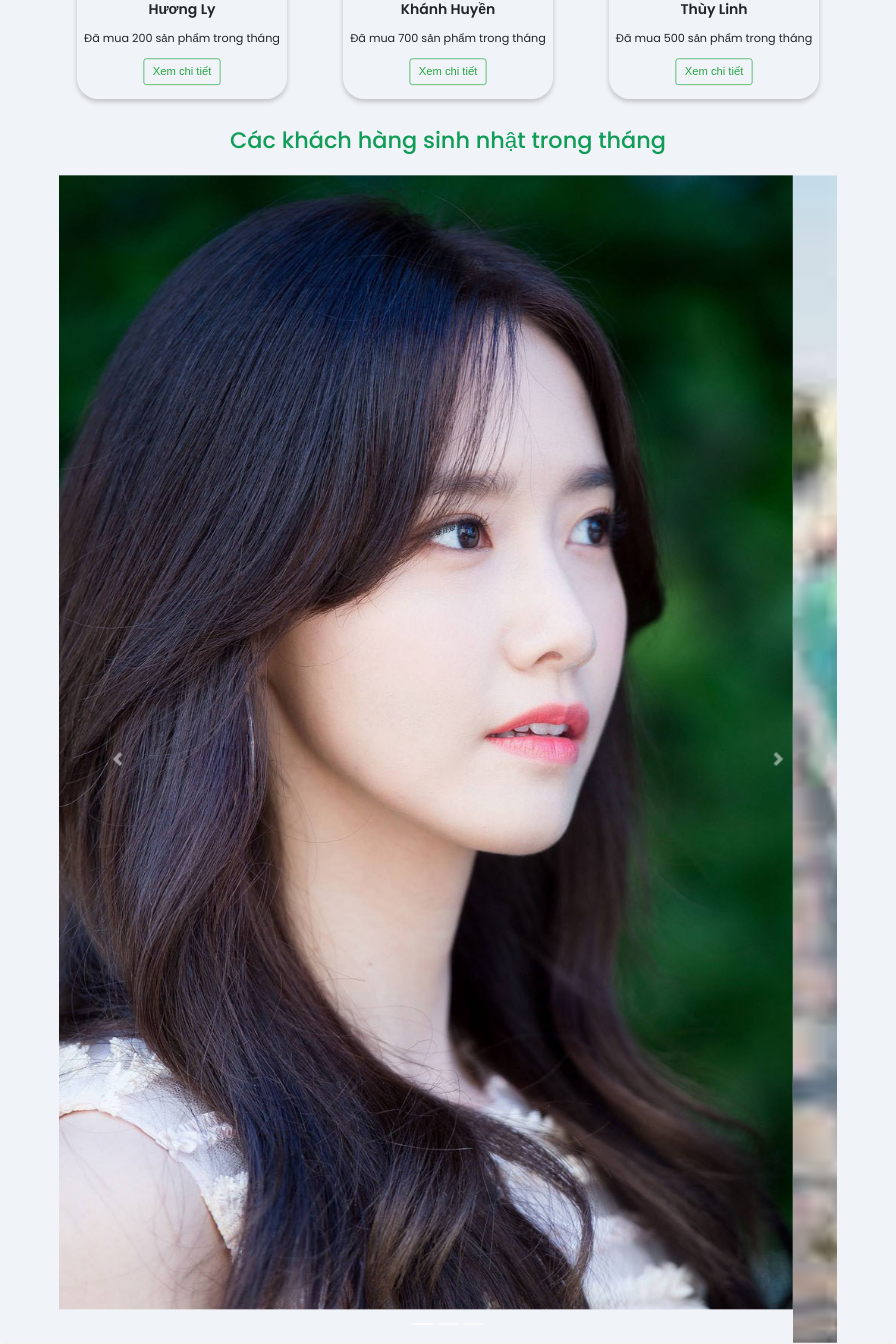
Repository: huutien1904/bt2-ltw
Page: index.html
These files come from the project's save history. The page is drawn as it stood at one moment and after the next save; the edit follows.
The browser window is 1280 px wide. The pictures show the part of the page from y = 1449 to 3369 px (the page is 3391 px tall before and 1963 px after), at 70% of full size.

Above is the page before, as saved 2021-11-04 10:53:10.

After the next save:
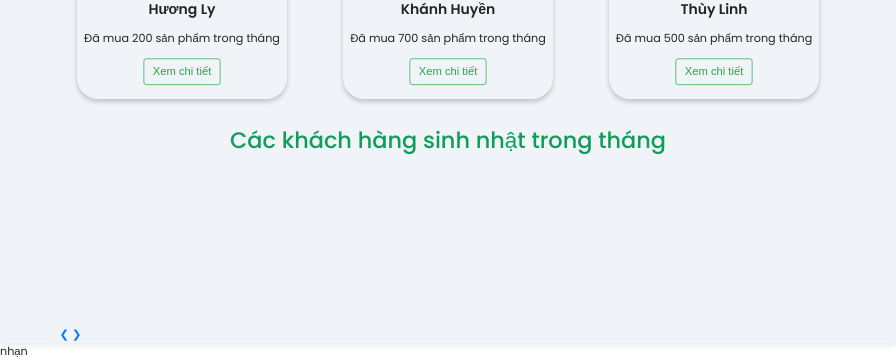
Not found: img1.jpg
Not found: img2.jpg
Not found: img3.jpg
Saved 116 s later.
--- a/index.html
+++ b/index.html
@@ -20,28 +20,7 @@
     <script src="./script.js"></script>
 </head>
 <body>
-  <!-- navbar -->
-    <!-- <nav class="navbar navbar-default navbar-fixed-top">
-        <div class="container-fluid ">
-          <div class="navbar-header">
-            <button type="button" class="navbar-toggle" data-toggle="collapse" data-target="#myNavbar">
-              <span class="icon-bar"></span>
-              <span class="icon-bar"></span>
-              <span class="icon-bar"></span>
-            </button>
-            <a class="navbar-brand" href="#home">QUẢN LÝ KHÁCH HÀNG</a>
-          </div>
-          <div class="collapse navbar-collapse" id="myNavbar">
-            <ul class="nav navbar-nav navbar-right">
-              <li class="active_nav"><a href="#home">TRANG CHỦ</a></li>
-              <li ><a href="#customer">KHÁCH HÀNG</a></li>
-              <li><a href="#comment">NHẬN XÉT</a></li>
-              <li><a href="#contact">LIÊN HỆ</a></li>
-            </ul>
-          </div>
-        </div>
-    </nav> -->
-  <!-- end navbar -->
+
   <nav class="navbar navbar-expand-lg navbar-light bg-light fixed-top p-4 d-flex justify-content-between">
     <div class="nav_title col-md-6 col-sm-12">
       <a class="navbar-brand" href="#">QUẢN LÝ KHÁCH HÀNG</a>
@@ -140,35 +119,38 @@
           <h2 class="title_customer ">Các khách hàng sinh nhật trong tháng</h2>
         </div>
       </div>
-      <div class="row">
-        <div class="col-md-12">
-          <div id="carouselExampleIndicators" class="carousel slide" data-ride="carousel">
-            <ol class="carousel-indicators">
-              <li data-target="#carouselExampleIndicators" data-slide-to="0" class="active"></li>
-              <li data-target="#carouselExampleIndicators" data-slide-to="1"></li>
-              <li data-target="#carouselExampleIndicators" data-slide-to="2"></li>
-            </ol>
-            <div class="carousel-inner">
-              <div class="carousel-item active">
-                <img class="d-block w-100" src="./img/anh-nguoi-dep-yoona-han-quoc.jpg" alt="First slide">
-              </div>
-              <div class="carousel-item">
-                <img class="d-block w-100" src="./img/tải xuống (2).jpg" alt="Second slide">
-              </div>
-              <div class="carousel-item">
-                <img class="d-block w-100" src="./img/tải xuống (3).jpg" alt="Third slide">
-              </div>
-            </div>
-            <a class="carousel-control-prev" href="#carouselExampleIndicators" role="button" data-slide="prev">
-              <span class="carousel-control-prev-icon" aria-hidden="true"></span>
-              <span class="sr-only">Previous</span>
-            </a>
-            <a class="carousel-control-next" href="#carouselExampleIndicators" role="button" data-slide="next">
-              <span class="carousel-control-next-icon" aria-hidden="true"></span>
-              <span class="sr-only">Next</span>
-            </a>
-          </div>
+      <!-- Slideshow container -->
+      <div class="slideshow-container">
+
+        <!-- Full-width images with number and caption text -->
+        <div class="mySlides fade">
+          <div class="numbertext">1 / 3</div>
+          <img src="img1.jpg" style="width:100%">
+          <div class="text">Caption Text</div>
         </div>
+
+        <div class="mySlides fade">
+          <div class="numbertext">2 / 3</div>
+          <img src="img2.jpg" style="width:100%">
+          <div class="text">Caption Two</div>
+        </div>
+
+        <div class="mySlides fade">
+          <div class="numbertext">3 / 3</div>
+          <img src="img3.jpg" style="width:100%">
+          <div class="text">Caption Three</div>
+        </div>
+
+        <!-- Next and previous buttons -->
+        <a class="prev" onclick="plusSlides(-1)">&#10094;</a>
+        <a class="next" onclick="plusSlides(1)">&#10095;</a>
+      </div>
+
+      <!-- The dots/circles -->
+      <div style="text-align:center">
+        <span class="dot" onclick="currentSlide(1)"></span>
+        <span class="dot" onclick="currentSlide(2)"></span>
+        <span class="dot" onclick="currentSlide(3)"></span>
       </div>
     </div>
   </section>
